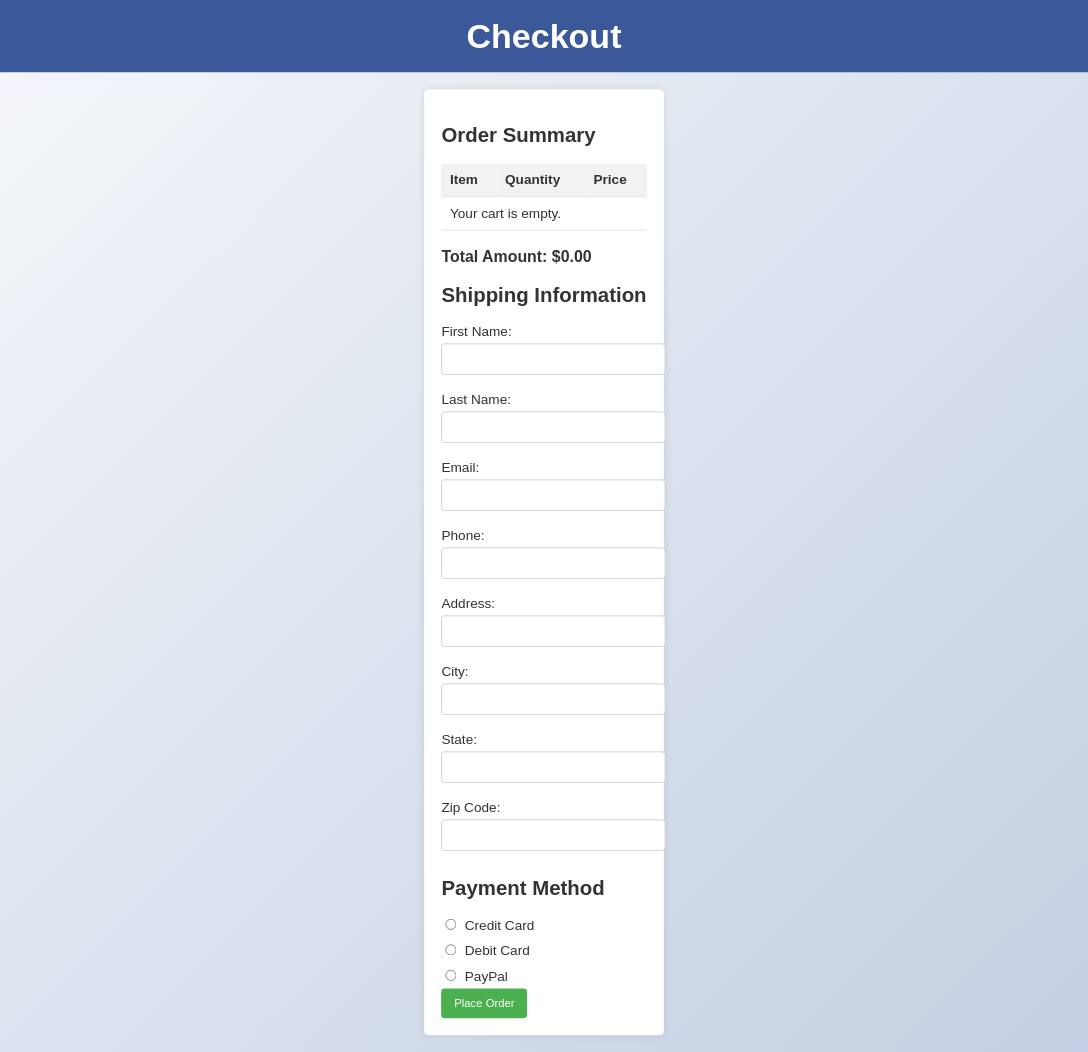
Repository: Masood395/Food-App
Page: http://localhost/FoodApp/checkout.jsp
These files come from the project's save history. The page is drawn as it stood at one moment and after the next save; the edit follows.
The browser window is 1280 px wide. The pictures show the whole page, at 85% of full size.
The page is served by Tomcat 9. Other server files are loaded and not shown.

Above is the page before, as saved 2024-11-18 17:12:53.

### FoodApp/src/main/webapp/checkout.jsp
<%-- <%@ page language="java" contentType="text/html; charset=UTF-8" pageEncoding="UTF-8"%>
<%@ page import="java.util.*" %>

<!DOCTYPE html>
<html lang="en">
<head>
    <meta charset="UTF-8">
    <title>Checkout</title>
    <link rel="stylesheet" href="https://cdnjs.cloudflare.com/ajax/libs/font-awesome/5.15.4/css/all.min.css">
    <style>
        /* Styling for the checkout form */
        body {
            font-family: 'Arial', sans-serif;
            background: linear-gradient(135deg, #f5f7fa, #c3cfe2);
            color: #333;
            display: flex;
            justify-content: center;
            align-items: center;
            height: 100vh;
            margin: 0;
        }

        .checkout-container {
            background: white;
            padding: 30px;
            border-radius: 10px;
            box-shadow: 0 4px 8px rgba(0, 0, 0, 0.2);
            max-width: 500px;
            width: 100%;
            text-align: center;
        }

        h2 {
            font-size: 2em;
            color: #3B5998;
            margin-bottom: 20px;
        }

        .total-amount {
            font-size: 1.5em;
            color: #FF5722;
            margin-bottom: 20px;
        }

        .payment-form input {
            width: 100%;
            padding: 10px;
            margin: 10px 0;
            border-radius: 5px;
            border: 1px solid #ccc;
            font-size: 1em;
        }

        .pay-button {
            background: #28a745;
            color: white;
            padding: 15px;
            border: none;
            border-radius: 5px;
            cursor: pointer;
            font-size: 1.2em;
            margin-top: 20px;
            transition: background 0.3s ease;
        }

        .pay-button:hover {
            background: #218838;
        }
    </style>
</head>
<body>

<div class="checkout-container">
    <h2>Payment</h2>

    <%
        // Retrieve the total amount from the session
        Double total = (Double) session.getAttribute("cartTotal");
        if (total == null) {
            total = 0.0;
        }
    %>

    <div class="total-amount">Total Amount: $<%= String.format("%.2f", total) %></div>

    <form action="processPayment" method="post" class="payment-form">
        <input type="text" name="cardNumber" placeholder="Card Number" required>
        <input type="text" name="cardName" placeholder="Name on Card" required>
        <input type="text" name="expiryDate" placeholder="Expiry Date (MM/YY)" required>
        <input type="text" name="cvv" placeholder="CVV" required>

        <button type="submit" class="pay-button">Pay $<%= String.format("%.2f", total) %></button>
    </form>
</div>

</body>
</html>
 --%>


















<%@ page language="java" contentType="text/html; charset=UTF-8" pageEncoding="UTF-8"%>
<%@ page import="java.util.*" %>
<%@ page import="com.tap.cartitem.CartItem" %>

<!DOCTYPE html>
<html lang="en">
<head>
    <meta charset="UTF-8">
    <title>Checkout</title>
    <link rel="stylesheet" href="https://cdnjs.cloudflare.com/ajax/libs/font-awesome/5.15.4/css/all.min.css">
    <style>
        /* General Styling */
        body {
            font-family: 'Arial', sans-serif;
            background: linear-gradient(135deg, #f5f7fa, #c3cfe2);
            margin: 0;
            padding: 0;
            color: #333;
            display: flex;
            flex-direction: column;
            min-height: 100vh;
        }

        /* Header Styling */
        header {
            background: #3B5998;
            color: white;
            padding: 20px;
            text-align: center;
        }

        header h1 {
            margin: 0;
            font-size: 2.5em;
        }

        /* Container for Checkout */
        .container {
            flex: 1;
            max-width: 800px;
            margin: 20px auto;
            background: white;
            padding: 20px;
            border-radius: 5px;
            box-shadow: 0 0 10px rgba(0, 0, 0, 0.1);
        }

        /* Order Summary Table */
        table {
            width: 100%;
            border-collapse: collapse;
            margin-bottom: 20px;
        }

        th, td {
            padding: 10px;
            text-align: left;
            border-bottom: 1px solid #ddd;
        }

        th {
            background-color: #f2f2f2;
        }

        /* Form Styling */
        label {
            display: block;
            margin: 10px 0 5px;
        }

        input[type="text"],
        input[type="email"] {
            width: 100%;
            padding: 10px;
            margin-bottom: 10px;
            border: 1px solid #ccc;
            border-radius: 4px;
        }

        input[type="radio"] {
            margin-right: 5px;
        }

        input[type="submit"] {
            background-color: #4CAF50;
            color: white;
            padding: 10px 15px;
            border: none;
            border-radius: 4px;
            cursor: pointer;
        }

        input[type="submit"]:hover {
            background-color: #45a049;
        }

        /* Footer Section */
        .footer-section {
            margin-top: 20px;
            text-align: right;
        }
    </style>
</head>
<body>

<header>
    <h1>Checkout</h1>
</header>

<div class="container">
    <h2>Order Summary</h2>
    <table>
        <thead>
            <tr>
                <th>Item</th>
                <th>Quantity</th>
                <th>Price</th>
            </tr>
        </thead>
        <tbody>
            <%
                Map<Integer, CartItem> cart = (Map<Integer, CartItem>) session.getAttribute("cart");
                double totalAmount = 0.0;

                if (cart != null && !cart.isEmpty()) {
                    for (CartItem item : cart.values()) {
                        double itemTotal = item.getPrice() * item.getQuantity();
                        totalAmount += itemTotal;
            %>
            <tr>
                <td><%= item.getName() %></td>
                <td><%= item.getQuantity() %></td>
                <td>$<%= String.format("%.2f", itemTotal) %></td>
            </tr>
            <%
                    }
                } else {
            %>
            <tr>
                <td colspan="3">Your cart is empty.</td>
            </tr>
            <%
                }
            %>
        </tbody>
    </table>
    <h3>Total Amount: $<%= String.format("%.2f", totalAmount) %></h3>

    <h2>Shipping Information</h2>
    <form action="placeOrder" method="post">
        <label for="firstName">First Name:</label>
        <input type="text" id="firstName" name="firstName" required>

        <label for="last Name">Last Name:</label>
        <input type="text" id="lastName" name="lastName" required>

        <label for="email">Email:</label>
        <input type="email" id="email" name="email" required>

        <label for="phone">Phone:</label>
        <input type="text" id="phone" name="phone" required>

        <label for="address">Address:</label>
        <input type="text" id="address" name="address" required>

        <label for="city">City:</label>
        <input type="text" id="city" name="city" required>

        <label for="state">State:</label>
        <input type="text" id="state" name="state" required>

        <label for="zip">Zip Code:</label>
        <input type="text" id="zip" name="zip" required>

        <h2>Payment Method</h2>
        <label>
            <input type="radio" name="paymentMethod" value="creditCard" required> Credit Card
        </label>
        <label>
            <input type="radio" name="paymentMethod" value="debitCard"> Debit Card
        </label>
        <label>
            <input type="radio" name="paymentMethod" value="paypal"> PayPal
        </label>

        <input type="hidden" name="totalAmount" value="<%= String.format("%.2f", totalAmount) %>">
        <input type="submit" value="Place Order">
    </form>
</div>

</body>
</html>

After the next save:
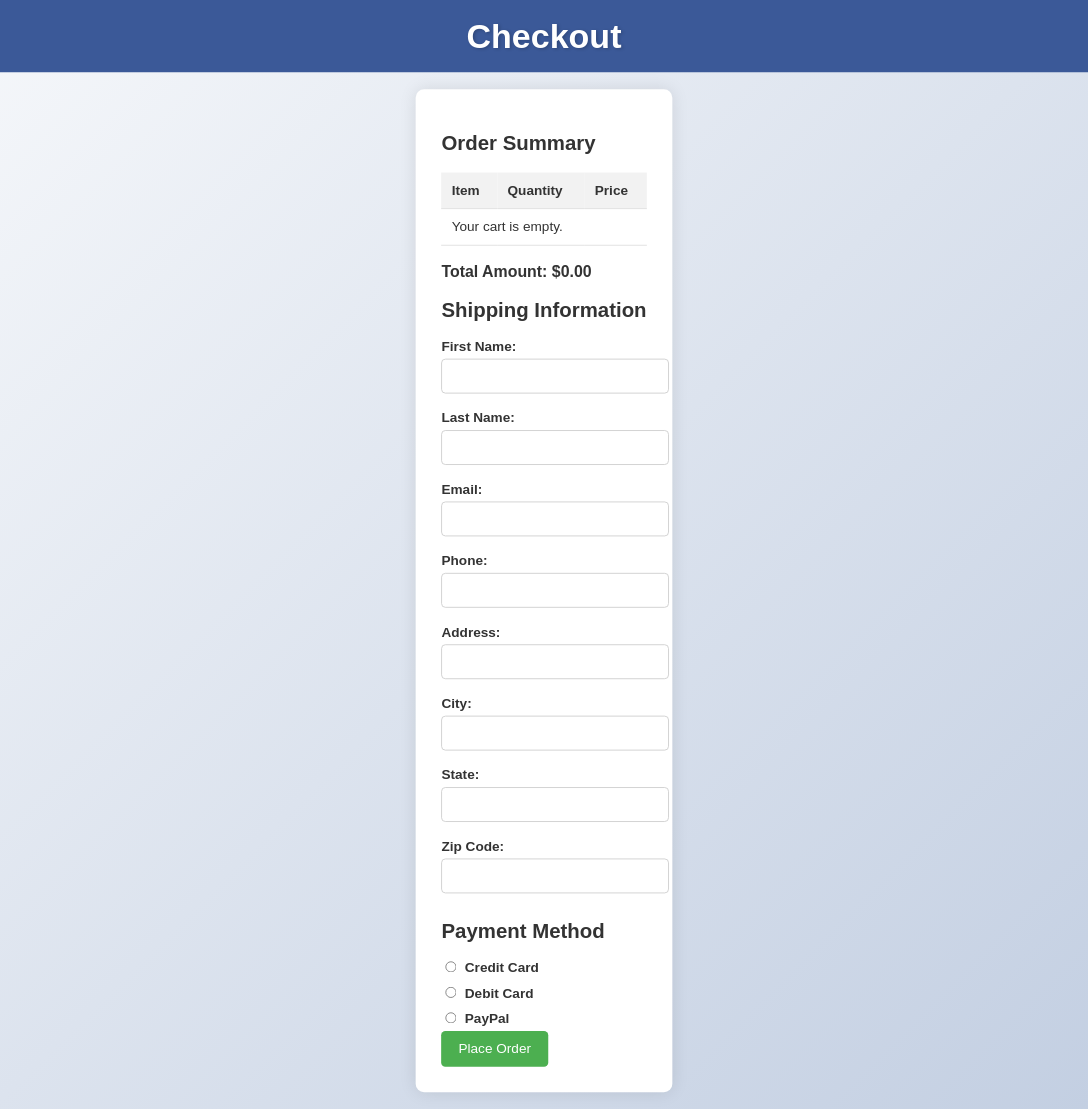
Saved 4 min 24 s later.
--- a/FoodApp/src/main/webapp/checkout.jsp
+++ b/FoodApp/src/main/webapp/checkout.jsp
@@ -143,11 +143,13 @@
             color: white;
             padding: 20px;
             text-align: center;
+            box-shadow: 0 0 10px rgba(0, 0, 0, 0. 1);
         }
 
         header h1 {
             margin: 0;
             font-size: 2.5em;
+            text-shadow: 2px 2px 4px rgba(0, 0, 0, 0.2);
         }
 
         /* Container for Checkout */
@@ -156,9 +158,15 @@
             max-width: 800px;
             margin: 20px auto;
             background: white;
-            padding: 20px;
-            border-radius: 5px;
-            box-shadow: 0 0 10px rgba(0, 0, 0, 0.1);
+            padding: 30px;
+            border-radius: 10px;
+            box-shadow: 0 0 20px rgba(0, 0, 0, 0.1);
+            animation: fadeIn 0.5s ease;
+        }
+
+        @keyframes fadeIn {
+            from { opacity: 0; transform: translateY(20px); }
+            to { opacity: 1; transform: translateY(0); }
         }
 
         /* Order Summary Table */
@@ -169,28 +177,39 @@
         }
 
         th, td {
-            padding: 10px;
+            padding: 12px;
             text-align: left;
             border-bottom: 1px solid #ddd;
         }
 
         th {
             background-color: #f2f2f2;
+            font-weight: bold;
         }
 
         /* Form Styling */
         label {
             display: block;
             margin: 10px 0 5px;
+            font-weight: bold;
         }
 
         input[type="text"],
-        input[type="email"] {
+        input[type="email"],
+        input[type="tel"] {
             width: 100%;
-            padding: 10px;
+            padding: 12px;
             margin-bottom: 10px;
             border: 1px solid #ccc;
-            border-radius: 4px;
+            border-radius: 5px;
+            transition: border 0.3s;
+        }
+
+        input[type="text"]:focus,
+        input[type="email"]:focus,
+        input[type="tel"]:focus {
+            border: 1px solid #3B5998;
+            outline: none;
         }
 
         input[type="radio"] {
@@ -200,10 +219,12 @@
         input[type="submit"] {
             background-color: #4CAF50;
             color: white;
-            padding: 10px 15px;
+            padding: 12px 20px;
             border: none;
-            border-radius: 4px;
+            border-radius: 5px;
             cursor: pointer;
+            transition: background 0.3s;
+            font-size: 1em;
         }
 
         input[type="submit"]:hover {
@@ -214,6 +235,23 @@
         .footer-section {
             margin-top: 20px;
             text-align: right;
+            font-size: 1.2em;
+            font-weight: bold;
+        }
+
+        /* Responsive Design */
+        @media (max-width: 600px) {
+            .container {
+                padding: 15px;
+            }
+
+            header h1 {
+                font-size: 2em;
+            }
+
+            input[type="submit"] {
+                width: 100%;
+            }
         }
     </style>
 </head>
@@ -267,14 +305,14 @@
         <label for="firstName">First Name:</label>
         <input type="text" id="firstName" name="firstName" required>
 
-        <label for="last Name">Last Name:</label>
-        <input type="text" id="lastName" name="lastName" required>
+        <label for="lastName">Last Name:</label>
+        <input type ="text" id="lastName" name="lastName" required>
 
         <label for="email">Email:</label>
         <input type="email" id="email" name="email" required>
 
         <label for="phone">Phone:</label>
-        <input type="text" id="phone" name="phone" required>
+        <input type="tel" id="phone" name="phone" required>
 
         <label for="address">Address:</label>
         <input type="text" id="address" name="address" required>
